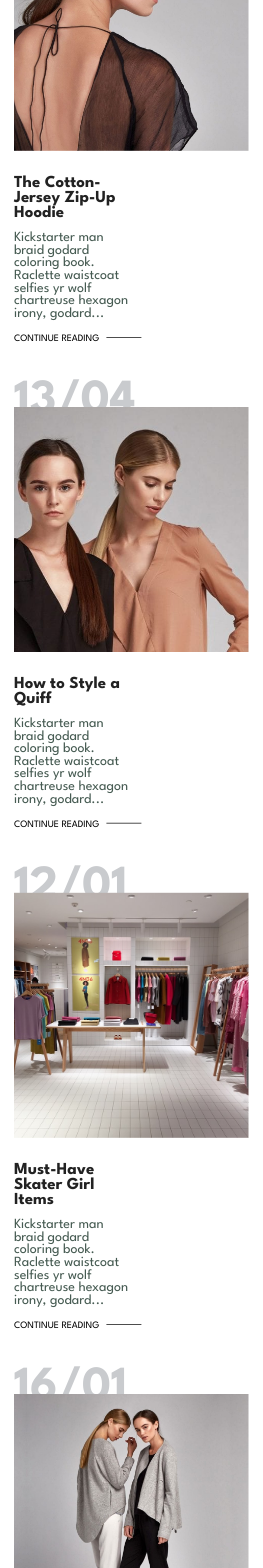
Repository: quy261001/cara
Page: blog.html
The author's editor kept a copy of each file at every save. The page is drawn from the files as they stood at one save, then again after the next save.
The browser window is 375 px wide. The pictures show the part of the page from y = 619 to 2859 px (the page is 5224 px tall before and 4710 px after), at 70% of full size.

Above is the page before, as saved 2022-05-03 22:50:55.

### blog.html
<!DOCTYPE html>
<html lang="en">
<head>
  <meta charset="UTF-8">
  <meta http-equiv="X-UA-Compatible" content="IE=edge">
  <meta name="viewport" content="width=device-width, initial-scale=1.0">
  <link rel="stylesheet" href="style.css">
  <title>Cara Blog</title>
</head>
<body>
  <section class="header">
    <a href="#"><img src="img/logo.png" class="logo" alt=""></a>

    <div>
      <ul class="navbar">
        <li><a href="index.html">Home</a></li>
        <li><a href="shop.html">Shop</a></li>
        <li><a class="active" href="blog.html">Blog</a></li>
        <li><a href="about.html">About</a></li>
        <li><a href="contact.html">Contact</a></li>
        <li class="lg-bag"><a href="cart.html"><i class="far fa-shopping-bag"></i></a></li>
        <a href="#" class="close"><i class="far fa-times"></i></a>
      </ul>
    </div>
    <div class="mobile">
      <a href="cart.html"><i class="menu far fa-shopping-bag"></i></a>
      <div class="bar">
        <i class=" fas fa-outdent"></i>
      </div>
    </div>
  </section>

  <section class="page-header blog-header">
    <h2>#readmore</h2>
    <p>Read all case studies about our products!</p>
  </section>

  <section class="blog">
    <div class="blog-box">
      <div class="blog-img">
        <img src="img/blog/b1.jpg" alt="">
      </div>
      <div class="blog-details">
        <h4>The Cotton-Jersey Zip-Up Hoodie</h4>
        <p>Kickstarter man braid godard coloring book. Raclette waistcoat selfies yr wolf chartreuse hexagon irony, godard...</p>
        <a href="#">CONTINUE READING</a>
      </div>
      <h1>13/01</h1>
    </div>
    <div class="blog-box">
      <div class="blog-img">
        <img src="img/blog/b2.jpg" alt="">
      </div>
      <div class="blog-details">
        <h4>How to Style a Quiff</h4>
        <p>Kickstarter man braid godard coloring book. Raclette waistcoat selfies yr wolf chartreuse hexagon irony, godard...</p>
        <a href="#">CONTINUE READING</a>
      </div>
      <h1>13/04</h1>
    </div>
    <div class="blog-box">
      <div class="blog-img">
        <img src="img/blog/b3.jpg" alt="">
      </div>
      <div class="blog-details">
        <h4>Must-Have Skater Girl Items</h4>
        <p>Kickstarter man braid godard coloring book. Raclette waistcoat selfies yr wolf chartreuse hexagon irony, godard...</p>
        <a href="#">CONTINUE READING</a>
      </div>
      <h1>12/01</h1>
    </div>
    <div class="blog-box">
      <div class="blog-img">
        <img src="img/blog/b4.jpg" alt="">
      </div>
      <div class="blog-details">
        <h4>Runway-Inspired Trends</h4>
        <p>Kickstarter man braid godard coloring book. Raclette waistcoat selfies yr wolf chartreuse hexagon irony, godard...</p>
        <a href="#">CONTINUE READING</a>
      </div>
      <h1>16/01</h1>
    </div>
    <div class="blog-box">
      <div class="blog-img">
        <img src="img/blog/b6.jpg" alt="">
      </div>
      <div class="blog-details">
        <h4>AW20 Menswear Trends</h4>
        <p>Kickstarter man braid godard coloring book. Raclette waistcoat selfies yr wolf chartreuse hexagon irony, godard...</p>
        <a href="#">CONTINUE READING</a>
      </div>
      <h1>10/03</h1>
    </div>
  </section>

  <section class="pagination section-p1">
    <a href="#">1</a>
    <a href="#">2</a>
    <a href="#"><i class="next fal fa-long-arrow-alt-right"></i></a>
  </section>

  <section class="newsletter section-p1 section-m1">
      <div class="newstext">
          <h4>Sign Up For newsletters</h4>
          <p>Get E-mail updates about our latest shop and <span>special offers</span></p>
      </div>
      <div class="form">
        <input type="text" placeholder="Your email address">
        <button class="normal">Sign Up </button>
      </div>
  </section>

  <footer class="section-p1">
    <div class="col">
      <img class="logo" src="img/logo.png" alt="">
      <h4>Contact</h4>
      <p><strong>Address: </strong>562 Wellington Road, Street 32, San Francisco</p>
      <p><strong>Phone: </strong>+01 2222 365 /(+91) 01 2345 6789</p>
      <p><strong>Hours: </strong>10:00 - 18:00, Mon - Sat</p>
      <div class="follow">
        <h4>Follow us</h4>
        <div class="icon">
          <i class="fab fa-facebook-f"></i>
          <i class="fab fa-twitter"></i>
          <i class="fab fa-instagram"></i>
          <i class="fab fa-pinterest-p"></i>
          <i class="fab fa-youtube"></i>
        </div>
      </div>
    </div>

    <div class="col">
      <h4>About</h4>
      <a href="#">About us</a>
      <a href="#">Delivery Information</a>
      <a href="#">Privacy Policy</a>
      <a href="#">Terms & Conditions</a>
      <a href="#">Contact Us</a>
    </div>

    <div class="col">
      <h4>My Account</h4>
      <a href="#">Account</a>
      <a href="#">Sign In</a>
      <a href="#">View Cart</a>
      <a href="#">My Wishlist</a>
      <a href="#">Track My Order</a>
      <a href="#">Help</a>
    </div>

    <div class="col install">
      <h4>Install App</h4>
      <p>From App Store or Google Play</p>
      <div class="row">
        <img src="img/pay/app.jpg" alt="">
        <img src="img/pay/play.jpg" alt="">
      </div>
      <p>Secured Payment Gateways</p>
      <img src="img/pay/pay.png" alt="">
    </div>
  </footer>
  <section>
    <div class="copyright">
      <p>@ 2021, Teach2 etc - HTML CSS Ecommerce Template</p>
    </div>
  </section>
  <script src="script.js"></script>
  <script defer src="https://pro.fontawesome.com/releases/v5.15.4/js/all.js"></script>
</body>
</html>

### style.css
@import url('https://fonts.googleapis.com/css2?family=League+Spartan:wght@100;200;300;400;500;600;700;800;900&display=swap');
* {
  margin: 0;
  padding: 0;
  box-sizing: border-box;
  font-family: 'League Spartan', sans-serif;
}
h1 {
  font-size: 54px;
  line-height: 64px;
  color: #222;
}
h2 {
  font-size: 50px;
  line-height: 53px;
  color: #222;
}
h4 {
  font-size: 24px;
  color: #222;
}
h6 {
  font-weight: 700;
  font-size: 16px;
}
p {
  font-size: 20px;
  color: #465b52;
  margin: 15px 0 20px 0;
}
.section-p1 {
  padding: 40px 80px;
}
.section-m1 {
  margin: 40px 0;
}
button.normal {
  font-size: 14px;
  font-weight: 600;
  padding: 15px 30px;
  color: #000;
  background-color: #fff;
  border-radius: 4px;
  cursor: pointer;
  border: none;
  outline: none;
  transition: 0.2s;
}
button.while {
  font-size: 13px;
  font-weight: 600;
  padding: 11px 22px;
  color: #000;
  background-color: transparent;
  cursor: pointer;
  border: 1px solid #fff;
  outline: none;
  transition: 0.2s;
}
body {
  width: 100%;
}

/* Header-start */
.header {
  display: flex;
  justify-content: space-between;
  align-items: center;
  padding: 20px 80px;
  background-color: #E3E6F3;
  box-shadow: 0 5px 15px rgba(0, 0, 0, 0.06);
  z-index: 999;
  position: sticky;
  top: 0;
  left: 0;
}

.navbar {
  display: flex;
  align-items: center;
  justify-content: center;
}

.navbar li {
  list-style: none;
  padding: 0 20px;
  position: relative;
}

.navbar li a {
  text-decoration: none;
  font-size:16px;
  font-weight: 600;
  color: #1a1a1a;
  transition: 0.3s ease;
}

.navbar li a:hover,
.navbar li a.active {
  color: #088178;
}

.navbar li a.active::after,
.navbar li a:hover::after {
  content: "";
  width: 30%;
  height: 2px;
  background-color: #088178;
  position: absolute;
  bottom: -4px;
  left: 20px;
}
.mobile {
  display: none;
  align-items: center;
}
.close {
  display: none;
}
/* Home page */
.hero {
  background-image: url("img/hero4.png");
  height: 90vh;
  width: 100%;
  background-position: top 25% right 0;
  background-size: cover;
  display: flex;
  justify-content: center;
  align-items: flex-start;
  flex-direction: column;
  padding: 0 80px;
}

.hero h4 {
  padding-bottom: 15px;
}

.hero h1 {
  color: #088178;
}

.hero button {
  background-image: url("img/button.png");
  background-color: transparent;
  color: #088178;
  border: 0;
  padding: 14px 80px 14px 80px;
  background-repeat: no-repeat;
  cursor: pointer;
  font-weight: 700;
}

.feature {
  display: flex;
  align-items: center;
  justify-content: space-between;
  flex-wrap: wrap;
}

.feature .fe-box {
   width: 180px;
   text-align: center;
   padding: 25px 15px;
   box-shadow: 20px 20px 34px rgba(0, 0, 0, 0.03);
   border: 1px solid #cce7d0;
   border-radius: 4px;
   margin: 15px 0;
}

.feature .fe-box:hover {
  box-shadow: 10px 10px 54px rgba(70, 62, 221, 0.1);
}
.feature .fe-box img {
  width: 100%;
  margin-bottom: 10px;
}
.feature .fe-box h6 {
  display: inline-block;
  padding: 9px 8px 6px 8px;
  line-height: 1;
  border-radius: 4px;
  color: #088178;
  background-color: #fddde4;
}
.feature .fe-box:nth-child(2) h6 {
  background-color: #cdebbc;
}
.feature .fe-box:nth-child(3) h6 {
  background-color: #d1e8f2;
}
.feature .fe-box:nth-child(4) h6 {
  background-color: #cdd4f8;
}
.feature .fe-box:nth-child(5) h6 {
  background-color: #f6dbf6;
}
.feature .fe-box:nth-child(6) h6 {
  background-color: #fff2e5;
}

.product1 {
  text-align: center;
}
.product1 .pro-container {
  display: flex;
  justify-content: space-between;
  flex-wrap: wrap;
  padding-top: 20px;
}
.product1 .pro {
  position: relative;
  width: 23%;
  min-width: 250px;
  padding: 10px 12px;
  border: 1px solid #cce70d;
  border-radius: 25px;
  cursor: pointer;
  box-shadow: 20px 20px 30px rgba(0, 0, 0, 0.02);
  margin: 15px 0;
  transition: 0.2s ease;
}
.product1 .pro:hover {
  box-shadow: 20px 20px 30px rgba(0, 0, 0, 0.06);
}
.product1 .pro img {
  width: 100%;
  border-radius: 20px;
}
.product1 .pro .des {
  text-align: start;
  padding: 10px 0;
}
.product1 .pro .des span {
  color: #606063;
  font-size: 12px;
}
.product1 .pro .des h5 {
  padding-top: 7px;
  color: #1a1a1a;
  font-size: 14px;
}
.star {
  font-size: 12px;
  color: rgb(243, 181, 25);
}
.product1 .pro .des h4 {
  padding-top: 7px;
  font-size: 15px;
  font-weight: 700;
  color: #088178;
}
.product1 .pro .cart {
  width: 40px;
  height: 40px;
  line-height: 40px;
  border-radius: 50px;
  background-color: #e8f6ea;
  font-weight: 500;
  color: #088178;
  border: 1px solid #cce7d0;
  padding: 10px;
  position: absolute;
  bottom: 20px;
  right: 10px;
}

.banner {
  display: flex;
  flex-direction: column;
  justify-content: center;
  align-items: center;
  background-image: url("img/banner/b2.jpg");
  width: 100%;
  height: 40vh;
  background-size: cover;
  background-position: center;
}
.banner h4 {
  color: #fff;
  font-size: 16px;
}
.banner h2 {
  color: #fff;
  font-size: 30px;
  padding: 10px 0;
}
.banner h2 span {
  color: #ef3636;
}
.banner button:hover {
  background: #088178;
  color: #fff;
}

.sm-banner {
  display: flex;
  justify-content: space-between;
  flex-wrap: wrap;
}

.sm-banner .banner-box {
  display: flex;
  flex-direction: column;
  justify-content: center;
  align-items: flex-start;
  text-align: center;
  background-image: url("img/banner/b17.jpg");
  min-width: 49%;
  height: 50vh;
  background-size: cover;
  background-position: center;
  padding: 30px;
}
.sm-banner .banner-box2 {
  background-image: url("img/banner/b10.jpg");
}
.sm-banner h4 {
  color: #fff;
  font-size: 30px;
  font-weight: 300;
}
.sm-banner h2 {
  color: #fff;
  font-size: 38px;
  font-weight: 800;
}
.sm-banner span {
  color: #fff;
  font-size: 24px;
  font-weight: 500;
  margin-bottom: 15px;
}
.sm-banner .banner-box:hover button {
  background-color: #088178;
  border: 1px solid #088178;
}

.banner3 {
  display: flex;
  justify-content: space-between;
  flex-wrap: wrap;
}

.banner3 .banner-box {
  display: flex;
  flex-direction: column;
  justify-content: center;
  align-items: flex-start;
  text-align: center;
  background-image: url("img/banner/b7.jpg");
  min-width: 30%;
  height: 30vh;
  background-size: cover;
  background-position: center;
  padding: 20px;
  margin-bottom: 20px;
}

.banner3 .banner-box2 {
  background-image: url("img/banner/b4.jpg");
}

.banner3 .banner-box3 {
  background-image: url("img/banner/b18.jpg");
}

.banner3 h2 {
  color: #fff;
  font-weight: 900;
  font-size: 22px;
}

.banner3 h3 {
  color: #ec544e;
  font-weight: 800;
  font-size: 15px;
}

.newsletter {
  display: flex;
  justify-content: space-between;
  flex-wrap: wrap;
  align-items: center;
  background-image: url("img/banner/b14.png");
  background-repeat: no-repeat;
  background-position: 20% 30%;
  background-color: #041e42;
}
.newsletter h4 {
  font-size: 22px;
  font-weight: 700;
  color: #fff;
}
.newsletter p {
  font-size: 14px;
  font-weight: 600;
  color: #818ea0;
}
.newsletter p span {
  color: #ffbd27;
}

.newsletter .form {
  display: flex;
  width: 40%;
}

.newsletter input {
  height: 3.125rem;
  width: 24.125rem;
  padding: 0 1.25rem;
  font-size: 14px;
  border: 1px solid transparent;
  border-radius: 4px;
  outline: none;
  border-top-right-radius: 0;
  border-bottom-right-radius: 0;
}
.newsletter button {
  background-color: #088178;
  color: #fff;
  white-space: nowrap;
  padding:18px 30px;
  border-top-left-radius: 0;
  border-bottom-left-radius: 0;
}

footer {
  display: flex;
  flex-wrap: wrap;
  justify-content: space-between;
}
footer .col {
  display: flex;
  flex-direction: column;
  align-items: flex-start;
  margin-bottom: 20px;
}
footer .logo {
    margin-bottom: 30px;
}
footer h4 {
  font-size: 14px;
  margin-bottom: 20px;
}
footer p {
  font-size: 13px;
  margin: 0 0 8px 0;
}
footer a  {
  font-size: 13px;
  text-decoration: none;
  color: #222;
  margin-bottom: 10px;
}
footer .follow {
  margin-top: 20px;
}
footer .follow i {
  color: #456b52;
  padding-right: 4px;
  cursor: pointer;
}
footer .install .row img {
  border: 1px solid #088178;
  border-radius: 6px;
}
footer .install img {
  margin: 10px 0 15px 0;
}
footer .folow i:hover,
footer a:hover {
  color: #088178;
}
.copyright {
  width: 100%;
  text-align: center;
}

/* Shop page */
.page-header {
  background-image: url("img/banner/b1.jpg");
  height: 100%;
  height: 40vh;
  background-size: cover;
  display: flex;
  justify-content: center;
  align-items: center;
  flex-direction: column;
  padding: 14px;
}
.page-header h2,
.page-header p {
  color: #fff;

}
.pagination {
  text-align: center;
}
.pagination a {
  text-decoration: none;
  background-color: #088178;
  padding: 15px 20px;
  border-radius: 4px;
  color: #fff;
  font-weight: 600;
}
.pagination .next {
  font-size: 16px;
}

/* Single Product  */
.prodetails {
  display: flex;
  margin-top: 20px;
}
.prodetails .single-pro-image {
  width: 40%;
  margin-right: 50px;
}

.small-img-group {
  display: flex;
  justify-content: space-between;

}
.small-img-col {
  flex-basis: 24%;
  cursor: pointer;
}
.prodetails .single-pro-details {
  width: 50%;
  padding-top: 30px;
}
.prodetails .single-pro-details h4 {
  padding: 40px 0 20px 0;
}
.prodetails .single-pro-details h2 {
  font-size: 26px;
}
.prodetails .single-pro-details select {
  display: block;
  padding: 5px 10px;
  margin-bottom: 10px;
}
.prodetails .single-pro-details input {
  width: 50px;
  height: 47px;
  padding-left: 10px;
  font-size: 16px;
  margin-right: 10px;
}
.prodetails .single-pro-details input:focus {
  outline: none;
}
.prodetails .single-pro-details button {
  background-color: #088178;
  color: #fff;
}
.prodetails .single-pro-details span {
  line-height: 25px;
}

/* Blog page */
.blog-header {
  background-image: url("img/banner/b19.jpg");
}
.blog {
  padding: 150px 150px 0 150px;
}
.blog .blog-box {
  position: relative;
  display: flex;
  align-items: center;
  width: 100%;
  padding-bottom: 90px;
}
.blog .blog-img {
  width: 50%;
  margin-right: 40px;
}
.blog img {
  width: 100%;
  height: 350px;
  object-fit: cover;
}
.blog .blog-details {
  width: 50%;
}
.blog .blog-details a{
  text-decoration: none;
  font-size: 14px;
  color: #000;
  position: relative;
  transition: 0.3s;
}
.blog .blog-details a::after {
  content: "";
  width: 50px;
  height: 1px;
  background-color: #000;
  position: absolute;
  top: 4px;
  right: -60px;
}
.blog .blog-details a:hover {
  color: #088178;
}

.blog .blog-details a:hover::after {
  background-color: #088178;
}
.blog .blog-box h1 {
  position: absolute;
  top: -40px;
  left: 0;
  font-size: 70px;
  font-weight: 700;
  color: #c9cbce;
  z-index: -9;
}
/* Start Media Query */

@media (max-width: 799px) {
  /* .section-p1 {
    padding: 40px 40px;
  } */
  .navbar {
    display: flex;
    flex-direction: column;
    align-items: flex-start;
    justify-content: flex-start;
    position: fixed;
    top: 0;
    right: -300px;
    height: 100vh;
    width: 300px;
    background-color: #E3E6F3;
    box-shadow: 0 40px 60px rgba(0, 0, 0, 0.1);
    padding: 80px 0 0 10px;
    transition: 0.3s;
  }
    .active {
    right: 0px;
  }
  .navbar li {
    margin-bottom: 25px;
  }
  .mobile {
    display: flex;
    align-items: center;
  }
  .mobile .menu {
    /* display: none; */
    color: #1a1a1a;
    font-size: 20px;
    margin-right: 20px;
  }
  .mobile .bar {
    color: #1a1a1a;
    font-size: 20px;
    padding-left: 10px;
  }
  .close {
    display: block;
    position: absolute;
    top: 30px;
    left: 30px;
    color: #222;
    font-size: 24px;
  }
  .lg-bag {
    display: none;
  }
  .hero {
    height: 70vh;
    padding: 0 80px;
    background-position: top 30% right 30%;
  }
  /* .feature {
    justify-content: center;
  }
  .feature .fe-box {
    margin: 15px 15px;
  } */
  .banner {
    height: 20vh;
  }
  .sm-banner .banner-box {
    min-width: 100%;
    height: 30vh;

  }
  .banner3 {
    padding: 0 40px;
  }
  .banner3 .banner-box {
    width: 28%;
  }
  .newsletter .form{
    width: 70%;
  }
}

@media (max-width: 477px) {
  .bar svg {
    pointer-events: none;
  }
  .section-p1 {
    padding: 20px;
  }
  .header {
    padding: 10px 30px;
  }
  h1 {
    font-size: 38px;
  }
  h2 {
    font-size: 32px;
  }
  .hero {
    padding: 0 20px;
    background-position: 55%;
  }
  .feature .fe-box {
    width: 155px;
    margin: 0 0 15px 0;
  }
  .product1 .pro {
    width: 100%;
  }
  .banner {
    height: 40vh;
  }
  .banner h2 {
    text-align: center;
  }
  .sm-banner .banner-box {
    height: 40vh;
  }
  .sm-banner .banner-box2 {
    margin-top: 20px;
  }
  .banner3 {
    padding: 0 20px;
  }
  .banner3 .banner-box {
    width: 100%;
  }
  .newsletter {
    padding: 40px 20px;
  }
  .newsletter .form {
    width: 100%;
  }
  .navbar {
    width: 240px;
  }

  /* Single Product */
  .page-header {
    background-position: top 0 right 50%;
  }
  .prodetails {
    display: flex;
    flex-direction: column;
  }
  .prodetails .single-pro-image {
    width: 100%;
    margin-right: 0px;
  }
  .prodetails .single-pro-details {
    width: 100%;
  }
  /* Blog page */
  .blog {
    padding: 100px 20px 0 20px;
  }
  .blog .blog-box {
    display: flex;
    flex-direction: column;
    align-items: flex-start;
  }
  .blog .blog-img {
    width: 100%;
    margin-right: 0;
    margin-bottom: 30px;
  }
  .blog
}

### script.js
const bar = document.querySelector(".bar");
const nav = document.querySelector(".navbar");
const close = document.querySelector(".close");
console.log(bar)
console.log(nav)
if(bar) {
  bar.addEventListener("click", () => {
    nav.classList.add("active");
  })
}
if(close) {
  close.addEventListener("click", () => {
    nav.classList.remove("active");
  })
}

document.addEventListener("click", function(e) {
  if (!nav.contains(e.target) && !e.target.matches(".bar")) {
    nav.classList.remove("active")
  }
})

After the next save:
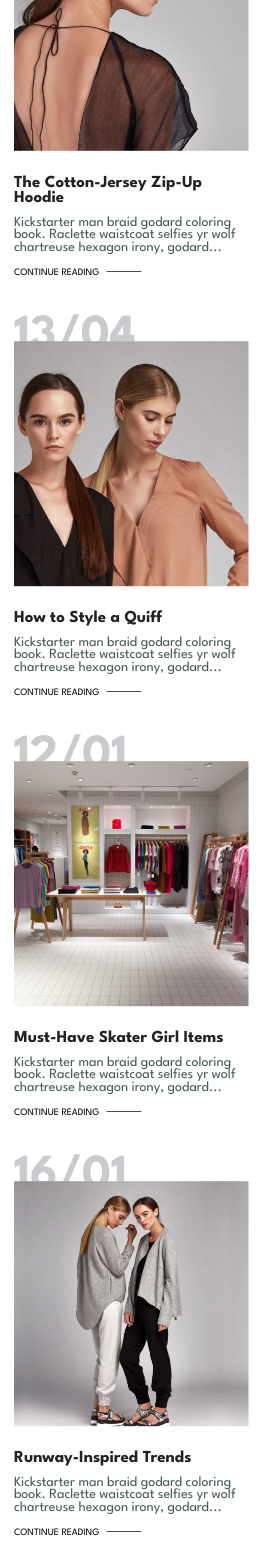
Saved 16 s later.
--- a/style.css
+++ b/style.css
@@ -786,5 +786,7 @@ footer a:hover {
     margin-right: 0;
     margin-bottom: 30px;
   }
-  .blog
-}
+  .blog .blog-details {
+    width: 100%;
+  }
+}
